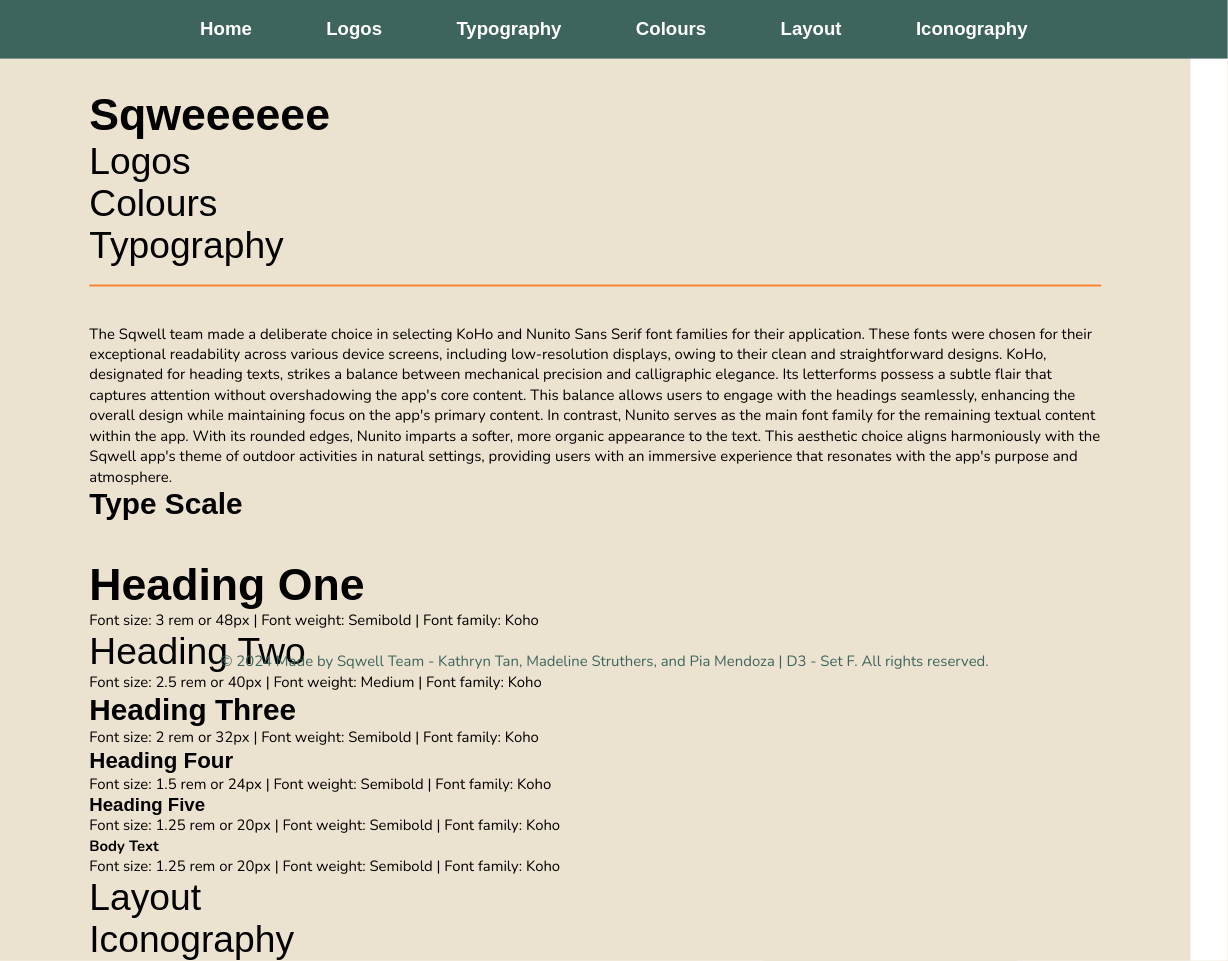
Repository: lpcmendoza/sqwell_styleguide
Page: /
An editor plug-in stored every save of this project. The page is shown before and after the next save, followed by the edit.
The browser window is 1280 px wide. The page is 1320 px wide, so the pictures cover 1320 px, including what lies to the right of the window. The pictures show the whole page, at 93% of full size.
Some web fonts or font styles are not loaded; a fallback is used. The project was rebuilt for these pictures with package versions that can differ from the ones it lists, and the page was loaded fresh each time. The framework's server and built-in components were replaced by stand-ins that run in the browser. Also part of the build but not shown: next.config.mjs.

Above is the page before, as saved 2024-04-07 18:32:05.

### pages/_app.js
import '@/styles/globals.css';
import { KoHo, Nunito } from 'next/font/google';

export const koho = KoHo({
  subsets: ['latin'],
  weight: ['400', '500', '600', '700'],
  variable: '--font-koho',
});

export const nunito = Nunito({
  subsets: ['latin'],
  weight: ['400', '700'],
  variable: '--font-nunito',
});

export default function App({ Component, pageProps }) {
  return (
    <main className={`${koho.variable} ${nunito.variable}`}>
    <Component {...pageProps} />
    </main>
  )


}

### pages/index.js
import Head from "next/head";
import Image from "next/image";
import styles from "@/styles/Home.module.css";
import MenuBar from "@/components/MenuBar";
import Footer from "@/components/Footer";
import Typography from "@/components/Typography"


export default function Home() {
  return (
    <>
    <MenuBar/>
      <main className={`${styles.main}`}>
      <h1>Sqweeeeee</h1>

      <h2>Logos</h2>
      <h2>Colours</h2>
      <Typography/>
      <h2>Layout</h2>
      <h2>Iconography</h2>
      </main>


      <Footer/>
    </>
  );
}

### styles/globals.css
:root {
    --blue: #74B4C6;
    --orange: #F7802B;
    --black: #1A1D1A;
    --darkGreen: #3E655D;
    --bone: #ECE2D0;

    --font-h1: 3rem; /*48px*/
    --font-h2: 2.5rem; /*40px*/
    --font-h3: 2rem; /*32px*/
    --font-h4: 1.5rem; /*24px*/
    --font-body: 1rem; /*16px*/
    --font-button: 1rem; /*16px*/
    --font-link: 1rem; /*16px*/
  }

  /*For all HTML elements*/
  *, html {
      margin: 0;
      padding: 0;
      font-size: 16px;
      font-family: var(--font-nunito);
  }

  h1 {
    font-family: var(--font-koho);
    font-size: 3rem;
    font-weight: 600;
  }

  h2 {
    font-family: var(--font-koho);
    font-size: 2.5rem;
    font-weight: 500;
  }

  h3 {
    font-family: var(--font-koho);
    font-size: 2rem;
    font-weight: 600;
  }

  h4 {
    font-family: var(--font-koho);
    font-size: 1.5rem;
    font-weight: 600;
  }

  h5 {
    font-family: var(--font-koho);
    font-size: 1.25rem;
    font-weight: 600;
  }

  p {
    font-family: var(--font-nunito);
    font-size: 16px;
  }

### styles/Home.module.css
.main {
  display: flex;
  flex-direction: column;
  justify-content: space-between;
  padding-top: 6rem;
  padding-right: 6rem;
  padding-left: 6rem;
  padding-bottom: 0;
  min-height: 100vh;
  background-color: var(--bone);

}

### components/MenuBar/index.js
import styles from './MenuBar.module.css'

export default function MenuBar() {
    return (
        <div className={styles.menubarContainer}>
            <div className={styles.blurbg}>
                <ul className={styles.menunames}>
                    <li>
                        <h5>Home</h5>
                    </li>
                    <li>
                        <h5>Logos</h5>
                    </li>
                    <li>
                        <h5>Typography</h5>
                    </li>
                    <li>
                        <h5>Colours</h5>
                    </li>
                    <li>
                        <h5>Layout</h5>
                    </li>
                    <li>
                        <h5>Iconography</h5>
                    </li>
                </ul>
            </div>

        </div>
    )
}

### components/Footer/index.js
import styles from './Footer.module.css'

export default function Footer() {
    return(
        <>
        <footer className={styles.footer}>
            <div className={styles.footerContainer}>
                © 2024 Made by Sqwell Team - Kathryn Tan, Madeline Struthers, and Pia Mendoza  |  D3 - Set F. All rights reserved.
            </div>
        </footer>
        </>
    )
}

### components/Typography/index.js
import styles from './Typography.module.css';

export default function Typography() {
    return (
        <main>
        <h2 className={styles.sectionHead}>Typography</h2>
            <div>

The Sqwell team made a deliberate choice in selecting KoHo and Nunito Sans Serif font families for their application. These fonts were chosen for their exceptional readability across various device screens, including low-resolution displays, owing to their clean and straightforward designs.

KoHo, designated for heading texts, strikes a balance between mechanical precision and calligraphic elegance. Its letterforms possess a subtle flair that captures attention without overshadowing the app's core content. This balance allows users to engage with the headings seamlessly, enhancing the overall design while maintaining focus on the app's primary content.

In contrast, Nunito serves as the main font family for the remaining textual content within the app. With its rounded edges, Nunito imparts a softer, more organic appearance to the text. This aesthetic choice aligns harmoniously with the Sqwell app's theme of outdoor activities in natural settings, providing users with an immersive experience that resonates with the app's purpose and atmosphere.
            </div>
            <div>
                <h3 className={styles.typscale}>Type Scale</h3>
                    <ul className={styles.typescaleDetails}>
                        <li>
                        <h1>Heading One</h1> <p>Font size: 3 rem or 48px   |   Font weight: Semibold   |   Font family: Koho</p>
                        </li>
                        <li>
                        <h2>Heading Two</h2> <p>Font size: 2.5 rem or 40px   |   Font weight: Medium   |   Font family: Koho</p>
                        </li>
                        <li>
                        <h3>Heading Three</h3> <p>Font size: 2 rem or 32px   |   Font weight: Semibold   |   Font family: Koho</p>
                        </li>
                        <li>
                        <h4>Heading Four</h4> <p>Font size: 1.5 rem or 24px   |   Font weight: Semibold   |   Font family: Koho</p>
                        </li>
                        <li>
                        <h5>Heading Five</h5> <p>Font size: 1.25 rem or 20px   |   Font weight: Semibold   |   Font family: Koho</p>
                        </li>
                        <li>
                        <p className={styles.bodyCopy}>Body Text</p> <p>Font size: 1.25 rem or 20px   |   Font weight: Semibold   |   Font family: Koho</p>
                        </li>
                    </ul>
            </div>
        </main>
    )
}

### components/MenuBar/MenuBar.module.css
.menubarContainer{
    display: flex;
    flex-direction: row;
    justify-content: space-evenly;
    width: 100%;
    background-color: var(--darkGreen);
    padding: 20px;
    position: absolute;
    z-index: 10;
}

.menunames {
    list-style: none;
    display: flex;
    flex-direction: row;
    align-items: center;
    justify-content: space-evenly;
    gap: 5rem;
}

.menunames h5 {
    color: white;
}

### components/Footer/Footer.module.css
.footer{
    bottom: 0;
    position: absolute;
    width: 100%;
}

.footerContainer {
    height: 10px;
    margin: auto;
    width: 100%;
    text-align: center;
    padding: 10px;
    color: var(--darkGreen);
    margin-bottom: 0;
}

### components/Typography/Typography.module.css
.typescaleDetails {
    list-style: none;
}

.typscale {
    padding-bottom: 40px;
}

.typescaleDetails h1 {
    padding-bottom: 0px;
}

.sectionHead {
    border-bottom: 2px solid var(--orange);
    margin-bottom: 40px;
    padding-bottom: 20px;
}

.bodyCopy {
    font-weight: 700;
}

Loaded but not shown: pages/_document.js (common file)

After the next save:
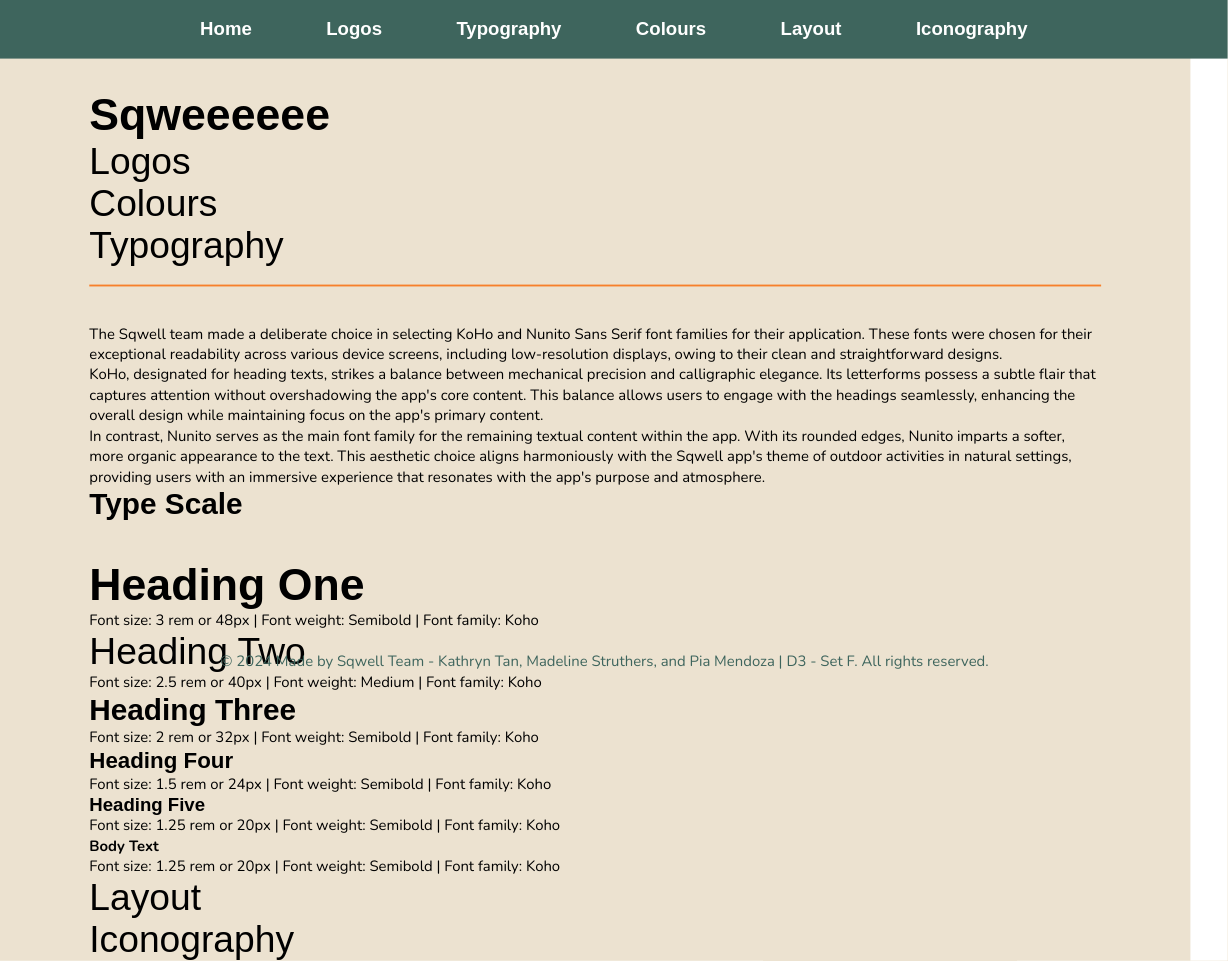
Saved 47 s later.
--- a/components/Typography/index.js
+++ b/components/Typography/index.js
@@ -6,11 +6,11 @@
         <h2 className={styles.sectionHead}>Typography</h2>
             <div>
 
-The Sqwell team made a deliberate choice in selecting KoHo and Nunito Sans Serif font families for their application. These fonts were chosen for their exceptional readability across various device screens, including low-resolution displays, owing to their clean and straightforward designs.
+<p>The Sqwell team made a deliberate choice in selecting KoHo and Nunito Sans Serif font families for their application. These fonts were chosen for their exceptional readability across various device screens, including low-resolution displays, owing to their clean and straightforward designs.</p>
 
-KoHo, designated for heading texts, strikes a balance between mechanical precision and calligraphic elegance. Its letterforms possess a subtle flair that captures attention without overshadowing the app's core content. This balance allows users to engage with the headings seamlessly, enhancing the overall design while maintaining focus on the app's primary content.
+<p>KoHo, designated for heading texts, strikes a balance between mechanical precision and calligraphic elegance. Its letterforms possess a subtle flair that captures attention without overshadowing the app's core content. This balance allows users to engage with the headings seamlessly, enhancing the overall design while maintaining focus on the app's primary content.</p>
 
-In contrast, Nunito serves as the main font family for the remaining textual content within the app. With its rounded edges, Nunito imparts a softer, more organic appearance to the text. This aesthetic choice aligns harmoniously with the Sqwell app's theme of outdoor activities in natural settings, providing users with an immersive experience that resonates with the app's purpose and atmosphere.
+<p>In contrast, Nunito serves as the main font family for the remaining textual content within the app. With its rounded edges, Nunito imparts a softer, more organic appearance to the text. This aesthetic choice aligns harmoniously with the Sqwell app's theme of outdoor activities in natural settings, providing users with an immersive experience that resonates with the app's purpose and atmosphere.</p>
             </div>
             <div>
                 <h3 className={styles.typscale}>Type Scale</h3>
